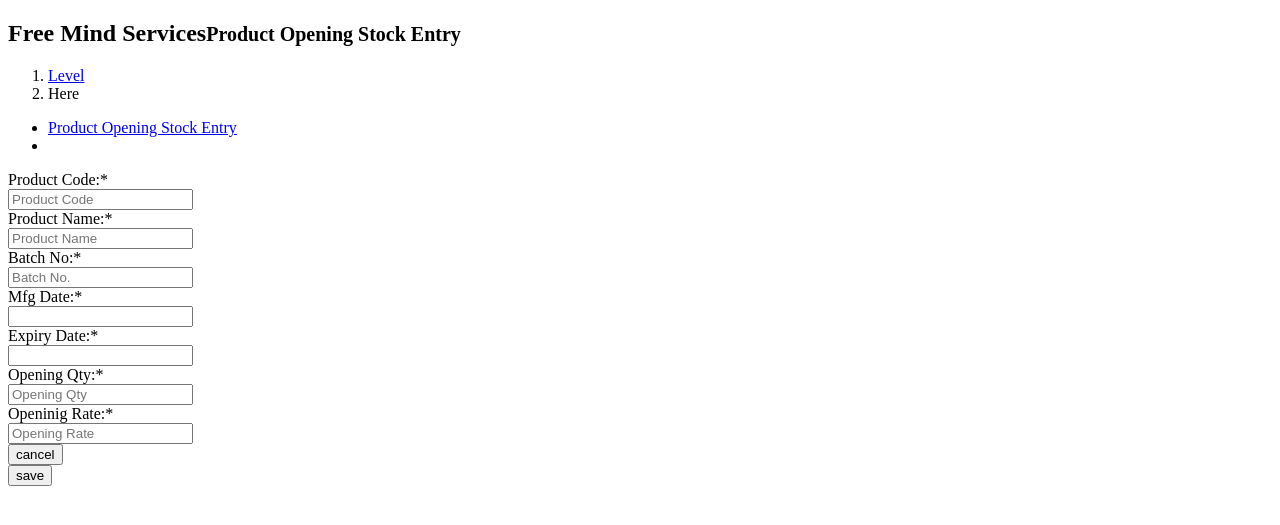
Repository: saiagro/saiagro
Page: http://localhost/AksharaWork/WEB-INF/views/technical.jsp
These files come from the project's save history. The page is drawn as it stood at one moment and after the next save; the edit follows.
The browser window is 1280 px wide. The pictures show the whole page.
The page is served by Tomcat 9. Nobody is signed in. Other server files are loaded and not shown. The template is opened directly, without the code that normally fills it, so the values that code supplies are empty.

Above is the page before, as saved 2016-12-31 12:23:55.

### AksharaWork/WebContent/WEB-INF/views/technical.jsp
<%@ page language="java" contentType="text/html; charset=ISO-8859-1"
    pageEncoding="ISO-8859-1"%>
<!DOCTYPE html>
<html>
<head>
<meta http-equiv="Content-Type" content="text/html; charset=ISO-8859-1">
<title>Insert title here</title>
</head>
<body class="hold-transition skin-blue sidebar-mini">
  <div class="wrapper">
   <form class="form-horizontal" method="post">
      <div class="content-wrapper">
       <section class="content-header">
         <h1>
            Free Mind Services<small>Product Opening Stock Entry</small>
         </h1>
         <ol class="breadcrumb">
           <li><a href="#"><i class="fa fa-dashboard"></i> Level</a></li>
           <li class="active">Here</li>
         </ol>
       </section>
       <section class="content">
          <!-- Custom Tabs -->
         <div class="nav-tabs-custom">
           <ul class="nav nav-tabs">
            <li class="active"><a href="#general_info" data-toggle="tab">Product Opening Stock Entry</a></li>
            <li class="tabs"  style="display:none"  id="education_tab"><a href="#education" data-toggle="tab">Education</a></li>
            <li class="tabs"  style="display:none"  id="certification_tab"><a href="#certification" data-toggle="tab">Certifications</a></li>
            <li class="tabs"  style="display:none"  id="experience_tab"><a href="#experience" data-toggle="tab">Experience</a></li>
            <li class="tabs"  style="display:none" id="personal_tab" ><a href="#personel_details" data-toggle="tab">Personal Details</a></li>
            <li class="dropdown tabs"  style="display:none" id="family_tab" > <a class="dropdown-toggle" data-toggle="dropdown" href="#">Family Details<span class="caret"></span></a>
              <ul class="dropdown-menu">
                <li><a href="#father_info" data-toggle="tab">Father Info</a></li>
                <li><a href="#mother_info" data-toggle="tab">Mother Info</a></li>
                <li><a href="#partner_info" data-toggle="tab">Partner Info</a></li>
                <li><a href="#children_info" data-toggle="tab">Children Info</a></li>
                <li><a href="#siblings_info" data-toggle="tab">Siblings Info</a></li>
              </ul>
            </li>
            <li class="pull-right"><a href="#" class="text-muted"><i class="fa fa-gear"></i></a></li>
          </ul>
          <div class="tab-content">
            <div class="tab-pane active" id="general_info">
                <div class="box-body">
                  <div class="form-group">
                    <label class="col-sm-2 control-label">Product Code:<span class="required">*</span></label>
                    <div class="col-sm-3">
                      <input type="text" class="form-control" placeholder="Product Code" name="phone">
                    </div>
                    <label class="col-sm-2 control-label">Product Name:<span class="required">*</span></label>
                    <div class="col-sm-3">
                      <input type="text" class="form-control" placeholder="Product Name">
                    </div>
                  </div>
                  <div class="form-group">
                    <label class="col-sm-2 control-label">Batch No:<span class="required">*</span></label>
                    <div class="col-sm-8">
                      <input type="text" class="form-control" placeholder="Batch No.">
                    </div>
                  </div>
                  <div class="form-group">
                    <label class="col-sm-2 control-label">Mfg Date:<span class="required">*</span></label>
                    <div class="col-sm-3">
                      <input type="text" class="datepicker" name="mfg_date">
                    </div>
                    <label class="col-sm-2 control-label">Expiry Date:<span class="required">*</span></label>
                    <div class="col-sm-3">
                      <input type="text" class="datepicker" name="Expiry Date">
                    </div>
                  </div>
                  <div class="form-group">
                    <label class="col-sm-2 control-label">Opening Qty:<span class="required">*</span></label>
                    <div class="col-sm-3">
                      <input type="text" class="form-control" placeholder="Opening Qty" name="phone">
                    </div>
                    <label class="col-sm-2 control-label">Openinig Rate:<span class="required">*</span></label>
                    <div class="col-sm-3">
                      <input type="text" class="form-control" placeholder="Opening Rate">
                    </div>
                  </div>
                  <div class="form-group">
                    <div class="col-sm-3">
                      <input type="reset" class="btn btn-danger pull-right" value="cancel">
                    </div>
                    <div class="col-sm-3">
                      <input type="submit" class="btn btn-success" value="save">
                    </div>
                  </div>
                </div>
                </div>
                </div>
             </div>
      </section>
    </div>
   </form>
 </div>
</body>
</html>

After the next save:
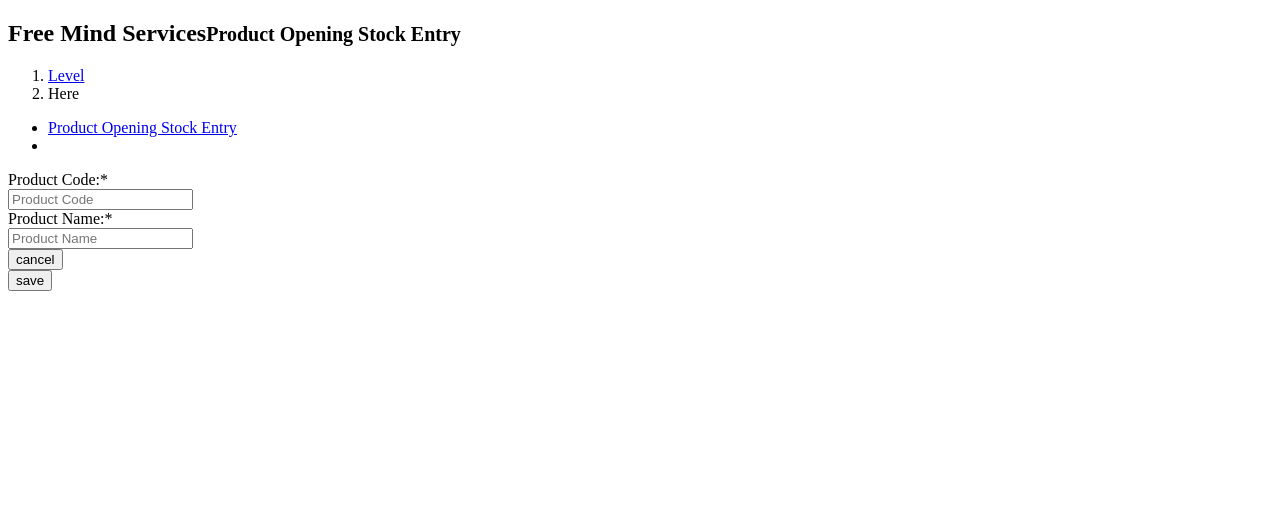
Saved 4 min 51 s later.
--- a/AksharaWork/WebContent/WEB-INF/views/technical.jsp
+++ b/AksharaWork/WebContent/WEB-INF/views/technical.jsp
@@ -53,32 +53,6 @@
                     </div>
                   </div>
                   <div class="form-group">
-                    <label class="col-sm-2 control-label">Batch No:<span class="required">*</span></label>
-                    <div class="col-sm-8">
-                      <input type="text" class="form-control" placeholder="Batch No.">
-                    </div>
-                  </div>
-                  <div class="form-group">
-                    <label class="col-sm-2 control-label">Mfg Date:<span class="required">*</span></label>
-                    <div class="col-sm-3">
-                      <input type="text" class="datepicker" name="mfg_date">
-                    </div>
-                    <label class="col-sm-2 control-label">Expiry Date:<span class="required">*</span></label>
-                    <div class="col-sm-3">
-                      <input type="text" class="datepicker" name="Expiry Date">
-                    </div>
-                  </div>
-                  <div class="form-group">
-                    <label class="col-sm-2 control-label">Opening Qty:<span class="required">*</span></label>
-                    <div class="col-sm-3">
-                      <input type="text" class="form-control" placeholder="Opening Qty" name="phone">
-                    </div>
-                    <label class="col-sm-2 control-label">Openinig Rate:<span class="required">*</span></label>
-                    <div class="col-sm-3">
-                      <input type="text" class="form-control" placeholder="Opening Rate">
-                    </div>
-                  </div>
-                  <div class="form-group">
                     <div class="col-sm-3">
                       <input type="reset" class="btn btn-danger pull-right" value="cancel">
                     </div>
